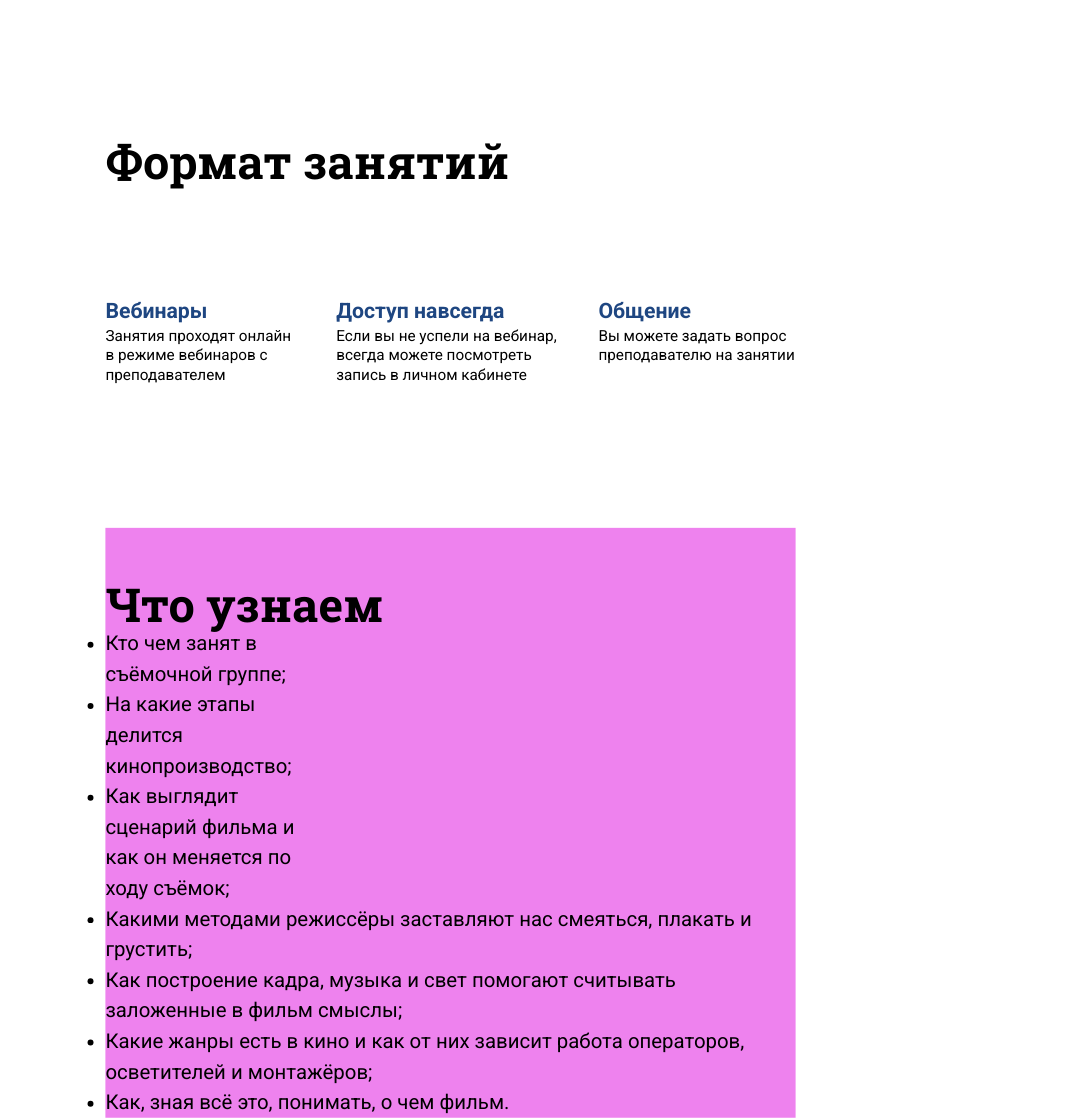
Repository: PoladEziz/Task2
Page: index.html
An editor plug-in stored every save of this project. The page is shown before and after the next save, followed by the edit.
The browser window is 1280 px wide. The pictures show the whole page, at 85% of full size.

Above is the page before, as saved 2023-05-04 17:42:31.

After the next save:
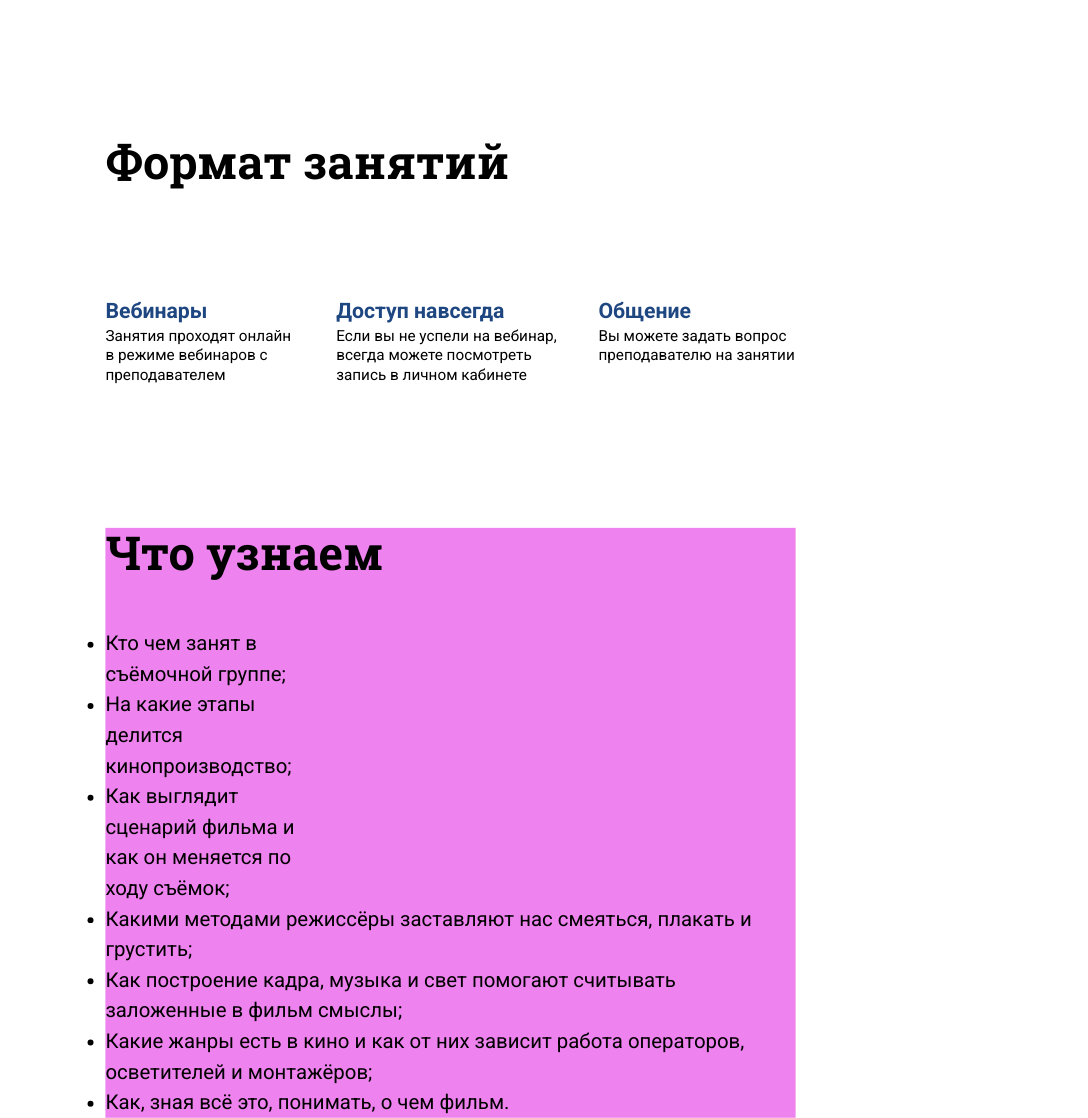
Saved 46 s later.
--- a/index.css
+++ b/index.css
@@ -76,7 +76,7 @@ li:nth-child(3) {
 }
 
 .page-2 h1 {
-    margin-top: 62px;
+    margin-bottom: 62px;
   font-family: Roboto Slab;
   font-size: 55px;
   font-weight: 700;
